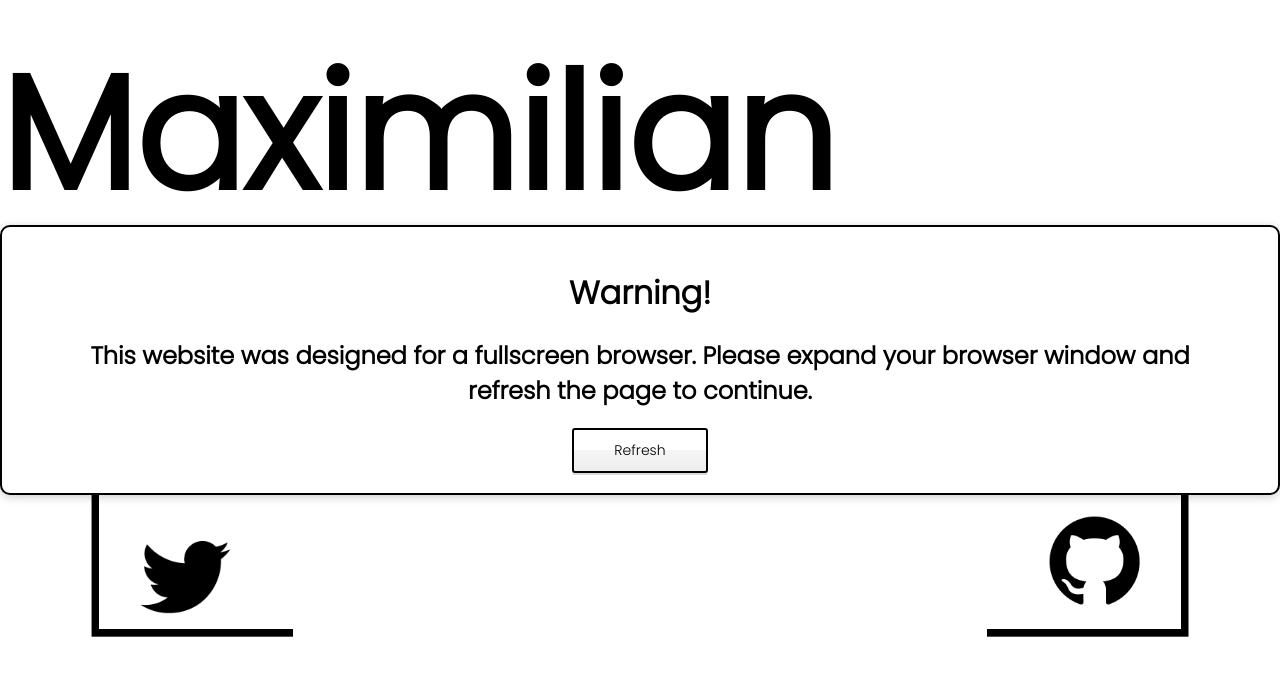
Repository: notMaximilian/maximilianaquino.github.io
Page: index.html
The author's editor kept a copy of each file at every save. The page is drawn from the files as they stood at one save, then again after a run of saves.
The browser window is 1280 px wide. The pictures show the whole page.

Above is the page before, as saved 2022-02-04 13:42:16.
Console error: TypeError: Cannot read properties of null (reading 'style')

### index.html
<!DOCTYPE html>
<html lang="en">

<head>
  <meta charset="UTF-8">
  <meta name="viewport" content="width=device-width, initial-scale=1, user-scaleable=no">
  <title>Max Aquino</title>
  <link rel="preconnect" href="https://fonts.googleapis.com">
  <link rel="preconnect" href="https://fonts.gstatic.com" crossorigin>
  <link href="https://fonts.googleapis.com/css2?family=Poppins:wght@300&display=swap" rel="stylesheet">
  <link rel="stylesheet" href="css/main.css">
</head>

<body>

  <div class="intro">
    <h1 class="name-header">
      <span class="name">Max</span><span class="name">imilian</span>
    </h1>
  </div>


  </div>


  <div class="wrap">
    <div class="game-wrapper">
      <div class="game"></div>

      <h1 id="max">Maximilian Aquino</h1>
      <img class="icon" id="twitter" src="img/twitter.png">
      <img class="icon" id="github" src="img/github.png">
      <img class="corners" id="cornerL" src="img/corner-test.png">
      <img class="corners" id="cornerR" src="img/cornerR.png">


      <div class="congratulations">
        <h1>Warning!</h1>
        <h2>This website was designed for a fullscreen browser. Please expand your browser window and refresh the page to continue. </h2>
        <button class="btn" onclick="window.location.reload()">Refresh</button>
      </div>
      <div class="game-over">
        <h1>GAME OVER</h1>
        <h2>You lost the game</h2>
        <button class="btn" onclick="window.location.reload()">Restart</button>
      </div>
    </div>
  </div>

  <!-- Maximilian Fade in and out -->


  <script src="js/app.js"></script>
  <!-- <script src="js/game.js"></script> -->
</body>

</html>

### css/main.css
html,
body {
  height: 100%;
  overflow: hidden;
}

body {
  margin: 0;
  font: 16px sans-serif;
}

.wrap {
  display: flex;
  flex-direction: column;
  height: 100%;
}


.game-wrapper {
  flex: 1;
  display: flex;
  justify-content: center;
  align-items: center;
  background: #ffffff;
}
.game {
  width: 100%;
  height: 100%;

  box-shadow: 0 2px 10px black;
  position: absolute;
}

@keyframes scroll-background {
  from {
    background-position-y: 0px;
  }
  to {
    background-position-y: 256px;
  }
}

.game .enemy {
  position: absolute;
  margin-left: -20px;
  margin-top: -18px;
  width: 40px;
}

.game .player {
  position: absolute;
  margin-left: -20px;
  width: 40px;
}

.game .laser {
  position: absolute;
  margin-left: -2.5px;
  height: 30px;
}

.game .enemy-laser {
  position: absolute;
  margin-left: -2.5px;
  height: 30px;
}

.congratulations {
  display: none;
  position: absolute;
  background: #ffffff;
  color: black;
  padding: 20px 50px;
  box-shadow: 0 2px 10px rgba(0, 0, 0, 0.2);
  border: 2px solid black;
  border-radius: 10px;
  text-align: center;
  animation: pop-in 1s;
  font-family: "Poppins", sans-serif;
}

.game-over {
  display: none;
  position: absolute;
  background: #6b1818;
  color: white;
  padding: 20px 50px;
  box-shadow: 0 2px 10px rgba(0, 0, 0, 0.2);
  border-radius: 10px;
  text-align: center;
  animation: pop-in 1s;
}

.btn {
  border: 2px solid black;
  border-radius: 3px;
  box-shadow: 0 2px rgba(0, 0, 0, 0.15);
  background: linear-gradient(
    to bottom,
    #fff 0%,
    #fff 49%,
    #f5f5f5 50%,
    #eee 100%
  );
  padding: 10px 40px;
  font-family: "Poppins", sans-serif;
  font-size: 14px;
}
@keyframes pop-in {
  0% {
    opacity: 0;
    transform: translate(0, -100px);
  }
  10% {
    opacity: 1;
  }
  50% {
    transform: translate(0, 30px);
  }
  100% {
    transform: translate(0, 0);
  }
}

.intro{
  position: fixed;
  z-index: 1;
  left: 0;
  top: 0;
  width: 100%;
  height: 100vh;
  background-color: black;
  transition: 1s;
}

.name-header{
  position: absolute;
  top: 40%;
  left: 50%;
  transform: translate(-50%, -50%);
  color: #ffffff;
}

.intro h1{
  font-family: "Poppins", sans-serif;
  font-size: 80px;
  margin: 0;
  padding: 0;
}

.name{
  position: relative;
  display: inline-block;
  bottom: -20px;
  opacity: 0;
}

.name.active{
  bottom: 0;
  opacity: 1;
  transition: ease-in-out 0.5s;
}

.name.fade{
  bottom: 150px;
  opacity: 0;
  transition: ease-in-out 0.5s;
}

.corners{
  position: absolute;
  width: 16vw;
}

#cornerL{
  transform: translate(-35vw, 23vh);
}
#cornerR{
  transform: translate(35vw, 23vh);
}
#max{
  position: absolute;
  top:-13vh;
  font-family: "Poppins", sans-serif;
  font-size: 10em;
}

#github{
  width: 7vw;
  transform: translate(32vw, 28vh);
}
#twitter{
  width: 7vw;
  transform: translate(-32vw, 30vh);
}

### js/app.js
const KEY_CODE_LEFT = 37;
const KEY_CODE_RIGHT = 39;
const KEY_CODE_SPACE = 32;
let inverted = false;
const WINDOW_WIDTH = window.innerWidth - 50;
const WINDOW_HEIGHT = window.innerHeight;

const ROCKET_WIDTH = 20;
const ROCKET_MAX_SPEED = 300.0;
const LASER_MAX_SPEED = 600.0;
const LASER_COOLDOWN = 0.5;
let rocketSpawn = false;
const HEADERS_PER_ROW = 10;
const HEADER_HORIZONTAL_PADDING = 80;
const HEADER_VERTICAL_PADDING = 70;
const HEADER_VERTICAL_SPACING = 80;
const HEADER_COOLDOWN = 5.0;


const WINDOW_STATE = {
    lastTime: Date.now(),
    leftPressed: false,
    rightPressed: false,
    spacePressed: false,
    rocketX: WINDOW_WIDTH / 2,
    rocketY: WINDOW_HEIGHT - 300,
    rocketCooldown: 0,
    lasers: [],
    headers: [],
    headerLasers: [],
    fullscreen: false
  };

function setSize($element, width){
    $element.style.width = `${width}vw`;
    $element.style.height = "auto";
  }

function setPosition(el, x, y) {
    if(el == null){console.log('NULL')
    return;}
    el.style.transform = `translate(${x}px, ${y}px)`;
}

function setHeaderPosition(el, x, y) {
  if(el == null){console.log('NULL')
  return;}
  el.style.transform = `translate(${x}vw, ${y}vh)`;
}

// create user controlled rocket for selecting header elements
function createRocket($container) {
    rocketSpawn = true;
    const $rocket = document.createElement("img");
    if(inverted == true){$rocket.src = "img/rocket-inverted.png";}
    else{$rocket.src = "img/rocket.png";}
    $rocket.className = "rocket";
    if (WINDOW_WIDTH + 50 == 1920){
      setSize($rocket,9)
    }
    else{
      setSize($rocket, 7)
    }

    WINDOW_STATE.rocketY = 440;
    $container.appendChild($rocket);
}

function destroyRocket($container, rocket) {
    rocketSpawn = false;
    $container.removeChild(rocket);
    WINDOW_STATE.finalState = true;
    const audio = new Audio("sound/sfx-lose.ogg");
    audio.play();
}

function sleep(milliseconds) {
  var start = new Date().getTime();
  for (var i = 0; i < 1e7; i++) {
    if ((new Date().getTime() - start) > milliseconds){
      break;
    }
  }
}


function rectsIntersect(r1, r2) {
    return !(
        r2.left > r1.right ||
        r2.right < r1.left ||
        r2.top > r1.bottom ||
        r2.bottom < r1.top
    );
}



function clamp(v, min, max) {
    if (v < min) {
      return min;
    } else if (v > max) {
      return max;
    } else {
      return v;
    }
}

function rand(min, max) {
    // if (min === undefined) min = 0;
    // if (max === undefined) max = 1;
    // return min + Math.random() * (max - min);
  }

  function updateRocket(dt, $container) {
    if (WINDOW_STATE.leftPressed) {
      WINDOW_STATE.rocketX -= dt * ROCKET_MAX_SPEED;
    }
    if (WINDOW_STATE.rightPressed) {
      WINDOW_STATE.rocketX += dt * ROCKET_MAX_SPEED;
    }



    WINDOW_STATE.rocketX = clamp(
      WINDOW_STATE.rocketX,
      ROCKET_WIDTH,
      WINDOW_WIDTH - ROCKET_WIDTH
    );


    if (WINDOW_STATE.spacePressed && WINDOW_STATE.rocketCooldown <= 0) {
      createLaser($container, WINDOW_STATE.rocketX - 79,  WINDOW_STATE.rocketY-20);
      console.log(WINDOW_STATE.rocketX)
      WINDOW_STATE.rocketCooldown = LASER_COOLDOWN;
    }
    if (WINDOW_STATE.rocketCooldown > 0) {
      WINDOW_STATE.rocketCooldown -= dt;
    }

    const rocket = document.querySelector(".rocket");
    if(rocket == null){return;}
    setPosition(rocket, WINDOW_STATE.rocketX, WINDOW_STATE.rocketY + 200);
  }

  function createLaser($container, x, y) {
    if(rocketSpawn == false) {return;}
    const $element = document.createElement("img");
    console.log($element)
    if(inverted == true){$element.src="img/laser-inverted.png"}
    else{$element.src = "img/laser.png";}
    $element.className = "laser";
    $element.style.position = "absolute"
    $container.appendChild($element);
    const laser = { x, y, $element };
    WINDOW_STATE.lasers.push(laser);
    const audio = new Audio("sound/sfx-laser1.ogg");
    audio.play();
    setPosition($element, x, y);
  }

  function destroyHeader($container, header) {
    $container.removeChild(header.$element);
    header.isDead = true;
  }

  function destroyAll($container){
    const background = document.querySelector(".game-wrapper");
    background.style.background = 'white';
    const headers = WINDOW_STATE.headers;
    for (let x = 0; x < headers.length; x++){
      let head = headers[x];
      if (head.dead == true){continue}
      head.$element.style.opacity = 0;
      head.$element.style.transition = 'ease-in-out 0.5s';
      destroyHeader($container, head)
    }
    // destroyLaser($container, laser);
    const rocket = document.querySelector('.rocket')
    rocket.style.opacity = 0;
    rocket.style.transition = 'ease-in-out 0.5s'
    destroyRocket($container, rocket)
    WINDOW_STATE.lasers = WINDOW_STATE.lasers.filter(e => !e.isDead);
  }

  function updateLasers(dt, $container) {
    if(rocketSpawn == false) {return;}
    const lasers = WINDOW_STATE.lasers;
    for (let i = 0; i < lasers.length; i++) {
      const laser = lasers[i];
      laser.y -= dt * LASER_MAX_SPEED;
      if (laser.y < 0) {
        destroyLaser($container, laser);
      }
      setPosition(laser.$element, laser.x, laser.y);
      const r1 = laser.$element.getBoundingClientRect();
      const headers = WINDOW_STATE.headers;
      for (let j = 0; j < headers.length; j++) {
        const header = headers[j];
        if (header.isDead) continue;
        const r2 = header.$element.getBoundingClientRect();
        if (rectsIntersect(r1, r2)) {
          if (header.name == 'more' || header.name == 'back'){

              for (let x = 0; x < headers.length; x++){
              let head = headers[x];
              if (head.dead == true){continue}
              head.$element.style.opacity = 0;
              head.$element.style.transition = 'ease-in-out 0.5s';
              destroyHeader($container, head)
            }
            destroyLaser($container, laser);

            const rocket = document.querySelector('.rocket')
            rocket.style.opacity = 0;
            rocket.style.transition = 'ease-in-out 0.5s'
            destroyRocket($container, rocket)

            console.log(inverted)
            if(inverted == false){
              setTimeout(()=>{
                initInvert($container)
              },10)
            }
            else{
              setTimeout(()=>{
                init()
              },10)
            }
            WINDOW_STATE.lasers = WINDOW_STATE.lasers.filter(e => !e.isDead);
            return;
          }
        if (header.name == 'project'){
          WINDOW_STATE.fullscreen = false;
        }
          destroyHeader($container, header);

          break;
        }
      }
    }
    WINDOW_STATE.lasers = WINDOW_STATE.lasers.filter(e => !e.isDead);
  }

function destroyLaser($container, laser) {
    console.log('attempting to destroy')
    $container.removeChild(laser.$element);
    laser.isDead = true;
}

function createHeader($container, name, x, y, i, size) {

    let $element = document.createElement("img");
    let img = i;
    $element.src = img;
    $element.className = "header";
    $element.style.position = "absolute";
    setHeaderPosition($element, x, y);
    setSize($element, size)
    $element.style.transition = "all .2s ease-in-out";


    let header = {
        x,
        y,
        cooldown: rand(0.5, HEADER_COOLDOWN),
        $element,
        name,
        dead: false
    };

    // header.$element.addEventListener('mouseenter', ()=>{
    //   if (name == "about"){
    //     $element.style.width = "450px";
    //   }
    //   else if(name == "skills"){
    //     $element.style.width = "230px"
    //   }
    //   else if(name == "project"){
    //     $element.style.width = "350px"
    //   }
    //   else if(name == "more"){
    //     $element.style.width = "250px"
    //   }
    // })

    // header.$element.addEventListener('mouseleave', ()=>{
    //   if (name == "about"){
    //     $element.style.width = "400px"
    //   }
    //   else if(name == "skills"){
    //     $element.style.width = "180px"
    //   }
    //   else if(name == "project"){
    //     $element.style.width = "300px"
    //   }
    //   else if(name == "more"){
    //     $element.style.width = "200px"
    //   }

    // })

    $container.appendChild($element);
    WINDOW_STATE.headers.push(header);
  }

  function updateHeaders(dt, $container) {
    const dx = Math.sin(WINDOW_STATE.lastTime / 1000.0) * 50;
    const dy = Math.cos(WINDOW_STATE.lastTime / 1000.0) * 10;

    const headers = WINDOW_STATE.headers;
    for (let i = 0; i < headers.length; i++) {
      const header = headers[i];
      const x = header.x + dx;
      const y = header.y + dy;
    //   setPosition(header.$element, x, y);
      header.cooldown -= dt;
      if (header.cooldown <= 0) {
        createHeaderLaser($container, x, y);
        header.cooldown = HEADER_COOLDOWN;
      }
    }
    WINDOW_STATE.headers = WINDOW_STATE.headers.filter(e => !e.isDead);
  }



  function createHeaderLaser($container, x, y) {
    const $element = document.createElement("img");
    $element.src = "img/laser-red-5.png";
    $element.className = "header-laser";
    $container.appendChild($element);
    const laser = { x, y, $element };
    WINDOW_STATE.headerLasers.push(laser);
    setPosition($element, x, y);
  }

  function updateheaderLasers(dt, $container) {
    const lasers = WINDOW_STATE.headerLasers;
    for (let i = 0; i < lasers.length; i++) {
      const laser = lasers[i];
      laser.y += dt * LASER_MAX_SPEED;
      if (laser.y > WINDOW_HEIGHT) {
        destroyLaser($container, laser);
      }
      setPosition(laser.$element, laser.x, laser.y);
      const r1 = laser.$element.getBoundingClientRect();
      const rocket = document.querySelector(".rocket");
      const r2 = rocket.getBoundingClientRect();
      if (rectsIntersect(r1, r2)) {
        // Rocket was hit
        destroyRocket($container, rocket);
        break;
      }
    }
    WINDOW_STATE.headerLasers = WINDOW_STATE.headerLasers.filter(e => !e.isDead);
  }

  function init() {
    document.body.style.zoom = (window.innerWidth / window.outerWidth)
    inverted = false;
    const width = WINDOW_WIDTH + 50;
    const background = document.querySelector(".game-wrapper");
    console.log(width);
    if (width >= 1920){
      // background.style.backgroundImage = "url('img/background-white.png')";
      WINDOW_STATE.fullscreen = true;
    }
    else if (width == 1366){
      // background.style.backgroundImage = "url('img/background-white-1366x768.png')";
      WINDOW_STATE.fullscreen = true;
    }
    else{
      WINDOW_STATE.fullscreen == false
      document.querySelector(".congratulations").style.display = "block";
      return;
    }


    const $container = document.querySelector(".game");
    createRocket($container);
    createHeader($container, 'project', 10 -2.5, 20 , 'img/card2.png', 17);
    createHeader($container, 'about', 30 -2.5, 18, 'img/card1.png', 23);
    createHeader($container, 'skills', 56 -2.5, 19.5, 'img/card5.png', 10);
    createHeader($container, 'more', 70 -2.5, 19.5, 'img/card4.png', 10);
  }

  function initInvert($container,x ,y){
    inverted = true;
    const background = document.querySelector(".game-wrapper");
    const width = WINDOW_WIDTH + 50;
    console.log(width)
    if (width >= 1920){
      background.style.backgroundImage = "url('img/background-black.png')";
      WINDOW_STATE.fullscreen = true;
    }
    else if (width == 1366){
      background.style.backgroundImage = "url('img/background-black-1366x768.png')";
      WINDOW_STATE.fullscreen = true;
    }
    else{
      WINDOW_STATE.fullscreen == false
      document.querySelector(".congratulations").style.display = "block";
      return;
    }
    createRocket($container);
    createHeader($container, '2', 10 -2.5, 20 , 'img/inverted-card2.png', 17);
    createHeader($container, '1', 30 -2.5, 18 , 'img/inverted-card1.png', 23);
    createHeader($container, '3', 56 -2.5, 19.5 , 'img/inverted-card5.png', 10);
    createHeader($container, 'back', 70 -2.5, 19.5, 'img/inverted-card4.png', 10);
  }


  function rocketHasWon() {
    // return WINDOW_STATE.headers.length === 0;
  }


  function update(e) {
    const currentTime = Date.now();
    const $container = document.querySelector(".game");

    const dt = (currentTime - WINDOW_STATE.lastTime) / 1000.0;

    if (WINDOW_STATE.fullscreen == false) {
      destroyAll($container)
      // document.querySelector(".congratulations").style.display = "block";

      return;
    }

    // if (rocketHasWon()) {
    //   document.querySelector(".congratulations").style.display = "block";

    //   return;
    // }


    updateRocket(dt, $container);
    updateLasers(dt, $container);
    updateHeaders(dt, $container);
    updateheaderLasers(dt, $container);

    WINDOW_STATE.lastTime = currentTime;
    window.requestAnimationFrame(update);
  }

  function onKeyDown(e) {
    if (e.keyCode === KEY_CODE_LEFT ) {
      WINDOW_STATE.leftPressed = true;
    } else if (e.keyCode === KEY_CODE_RIGHT) {
      WINDOW_STATE.rightPressed = true;
    } else if (e.keyCode === KEY_CODE_SPACE) {
      WINDOW_STATE.spacePressed = true;
    }
  }

  function onKeyUp(e) {
    if (e.keyCode === KEY_CODE_LEFT) {
      WINDOW_STATE.leftPressed = false;
    } else if (e.keyCode === KEY_CODE_RIGHT) {
      WINDOW_STATE.rightPressed = false;
    } else if (e.keyCode === KEY_CODE_SPACE) {
      WINDOW_STATE.spacePressed = false;
    }
  }


intro = document.querySelector('.intro')
let name = document.querySelector('.name-header')
let logoSpan = document.querySelectorAll('.name')

 window.addEventListener('DOMContentLoaded', () =>{

    setTimeout(()=>{
        logoSpan.forEach((span, idx)=>{
            setTimeout(()=>{
                span.classList.add('active')
            }, (idx + 1) * 400)
        })


        setTimeout(()=>{
            logoSpan.forEach((span, idx)=>{
                setTimeout(()=>{
                    span.classList.remove('active')
                    span.classList.add('fade')
                }, (idx + 1) * 400)
            })
        },2000)

        setTimeout(()=>{
            intro.style.top = '-100vh';
            window.addEventListener("keydown", onKeyDown);
            window.addEventListener("keyup", onKeyUp);
            window.requestAnimationFrame(update);
            init();
        }, 2300)

    })
 })

After the next 3 saves:
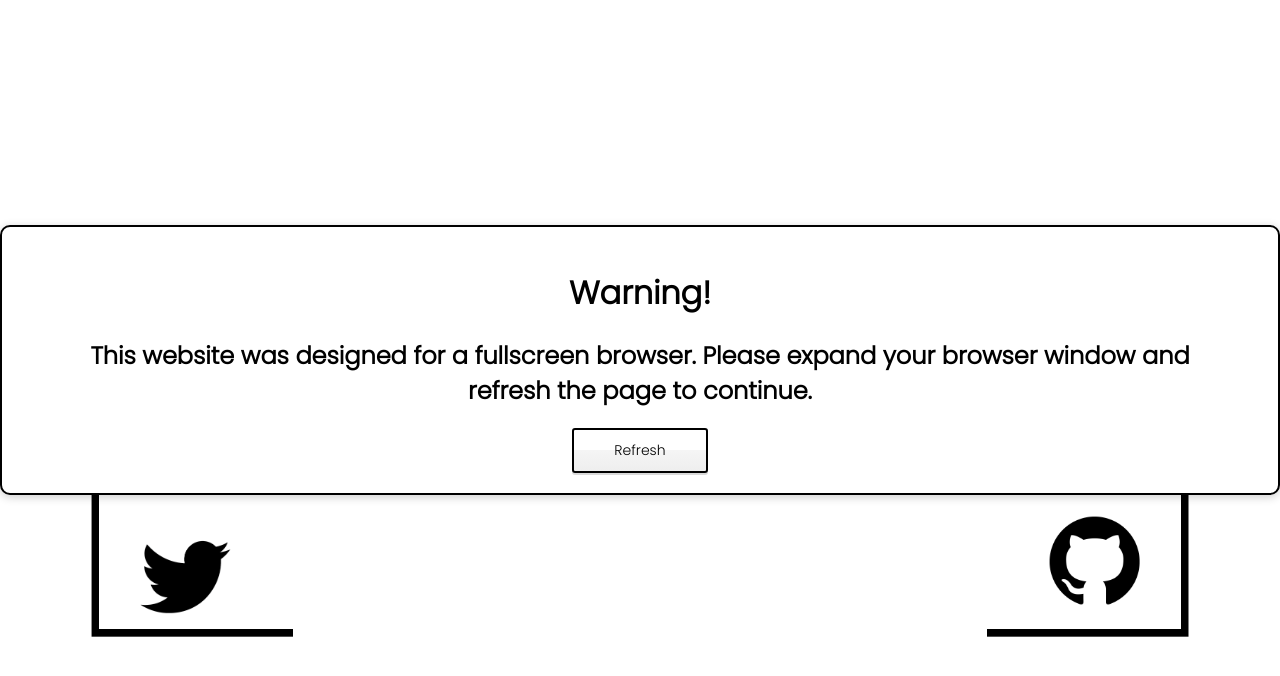
The 3 saves are shown as one change because they came seconds apart.
The last was saved 86 s later.
--- a/css/main.css
+++ b/css/main.css
@@ -182,7 +182,7 @@ body {
   position: absolute;
   top:-13vh;
   font-family: "Poppins", sans-serif;
-  font-size: 10em;
+  font-size: 100$;
 }
 
 #github{
